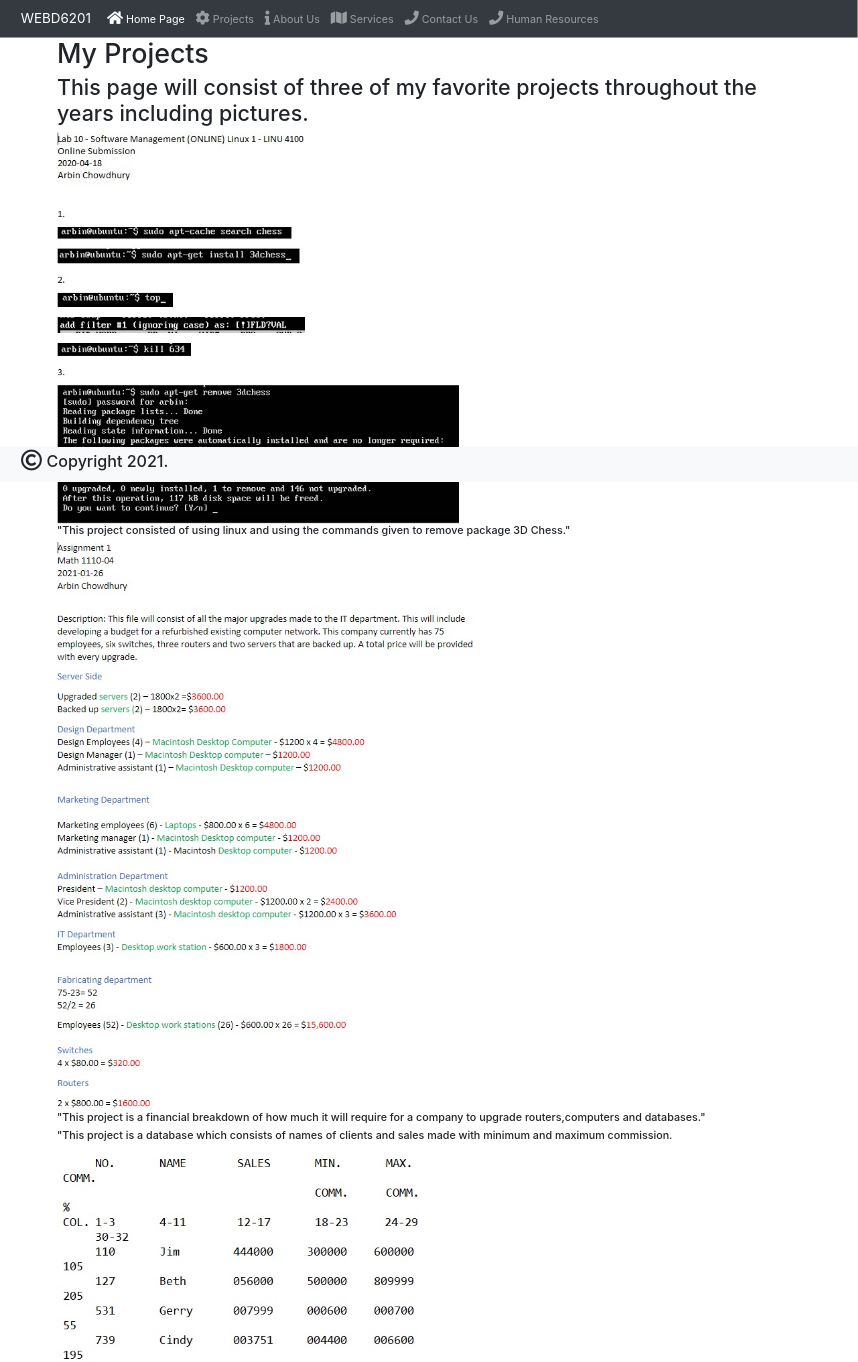
Repository: arbin6ix/ICE-2
Page: projects.html
These files come from the project's save history. The page is drawn as it stood at one moment and after the next save; the edit follows.
The browser window is 1280 px wide. The pictures show the whole page, at 67% of full size.

Above is the page before, as saved 2021-02-05 22:35:54.

### projects.html
<!DOCTYPE html>
<html lang="en">
<head>
    <meta charset="UTF-8">
    <meta name="viewport" content="width=device-width, initial-scale=1.0">
    <title>Projects</title>
    <!-- CSS Section -->
    <link rel="stylesheet" href="./node_modules/bootstrap/dist/css/bootstrap.min.css">
    <link rel="stylesheet" href="./node_modules/@fortawesome/fontawesome-free/css/all.min.css">
    <link rel="stylesheet" href="./Content/app.css">
</head>
<body>
    <!-- Main Header -->
    <header>
        <!-- Main Navigation -->
        <nav class="navbar navbar-expand-lg navbar-dark bg-dark">
          <div class="container-fluid">
            <a class="navbar-brand" href="projects.html">WEBD6201</a>
            <button class="navbar-toggler" type="button" data-bs-toggle="collapse" data-bs-target="#navbarSupportedContent" aria-controls="navbarSupportedContent" aria-expanded="false" aria-label="Toggle navigation">
              <span class="navbar-toggler-icon"></span>
            </button>
            <div class="collapse navbar-collapse" id="navbarSupportedContent";>
              <ul class="navbar-nav me-auto mb-2 mb-lg-0">
                <li class="nav-item">
                  <a class="nav-link active" aria-current="page" href="index.html"><i class="fas fa-home fa-lg"></i> Home Page</a>
                </li>

                <li class="nav-item">
                  <a class="nav-link" aria-current="page" href="projects.html"><i class="fas fa-cog fa-lg"></i> Projects</a>
                </li>

                <li class="nav-item">
                  <a class="nav-link" aria-current="page" href="about.html"><i class="fas fa-info fa-lg"></i> About Us</a>
                </li>

                <li class="nav-item">
                  <a class="nav-link" aria-current="page" href="services.html"><i class="fas fa-map fa-lg"></i> Services</a>
                </li>

                <li class="nav-item">
                  <a class="nav-link" aria-current="page" href="contact.html"><i class="fas fa-phone fa-lg"></i> Contact Us</a>
                </li>

                <li class="nav-item">
                  <a class="nav-link" aria-current="page" href="human-resources.html"><i class="fas fa-phone fa-lg"></i> Human Resources</a>
                </li>
              </ul>
            </div>
          </div>
        </nav>
  </header>

    <!-- Main Content -->
    <main class="container">
        <h1>My Projects</h1>
        <h2>This page will consist of three of my favorite projects throughout the years including pictures.</h2>

        <img src="images/project1.jpg">
        <h6>"This project consisted of using linux and using the commands given to remove package 3D Chess."</h6>

        <img src="images/Project2.jpg">
        <h6>"This project is a financial breakdown of how much it will require for a company to upgrade routers,computers and databases."</h6>
        <h6>"This project is a database which consists of names of clients and sales made with minimum and maximum commission.</h6>
        <img src="images/Project3.jpg">

    </main>






    <!-- Main Footer -->
    <footer>
        <nav class="navbar fixed-bottom navbar-light bg-light">
            <div class="container-fluid">
              <h4><i class="far fa-copyright fa-lg"></i> Copyright 2021.</h4>
            </div>
          </nav>
    </footer>

    <!-- Script Section-->
    <script src="./node_modules/jquery/dist/jquery.min.js"></script>
    <script src="./node_modules/bootstrap/dist/js/bootstrap.bundle.min.js"></script>
    <script src="./Scripts/app.js"></script>
</body>
</html>

### Scripts/app.js
/* custom JavaScript goes here */

//IIFE - Immediately Invoked Function Expression
//AKA - Anonymous Self-Executing Function
//Closure - limits scope leak

"use strict";
//Contact Class


(function()
{
    function displayHome()
    {
        let paragraphOneText =
          "This is a simple site to demonstrate DOM Manipulation for ICE 2";

        let paragraphOneElement = document.getElementById("paragraphOne");

        paragraphOneElement.textContent = paragraphOneText;
        paragraphOneElement.className = "fs-5";

        // Step 1. document.createElement
        let newParagraph = document.createElement("p");
        // Step 2. configure the element
        newParagraph.setAttribute("id", "paragraphTwo");
        newParagraph.textContent = "...And this is paragraph two";
        // Step 3. select the parent element
        let mainContent = document.getElementsByTagName("main")[0];
        // Step 4. Add / Insert the element
        mainContent.appendChild(newParagraph);

        newParagraph.className = "fs-6";

        // another way of injecting content
        let paragraphDiv = document.createElement("div");
        let paragraphThree = `<p id="paragraphThree" class="fs-7 fw-bold">And this is the Third Paragraph</p>`;
        paragraphDiv.innerHTML = paragraphThree;

        // insertions

        // example of inserting before a node
        //newParagraph.before(paragraphDiv);

        // example of inserting after a node
        newParagraph.after(paragraphDiv);

        // deletions

        // example of removing a single element
        //paragraphOneElement.remove();

        // example of removeChild
        mainContent.removeChild(paragraphOneElement);

        // update / modification
        //mainContent.firstElementChild.textContent = "Welcome Home!";

        mainContent.innerHTML = `<h1 id="firstHeading">Welcome to WEBD6201 - Lab 1</h1>
         <p id="paragraphOne" class="fs-3 fw-bold">This is my first Paragraph</p>
        `;

    }

    function displayAbout()
    {

    }

    function displayProjects()
    {

    }

    function displayServices()
    {

    }

    function displayContact()
    {
        let messageArea = document.getElementById("messageArea");
        messageArea.hidden = true;

        // form validation
        let fullName = document.getElementById("fullName");
        fullName.addEventListener("blur", function() {
            if(fullName.value.length < 2)
            {
                fullName.focus();
                fullName.select();
                messageArea.hidden = false;
                messageArea.className = "alert alert-danger";
                messageArea.textContent = "Please enter an appropriate Name";
            }
            else
            {
                messageArea.removeAttribute("class");
                messageArea.hidden = true;
            }
        });

        let sendButton = document.getElementById("sendButton");
        sendButton.addEventListener("click", function(event){
            //event.preventDefault();


            let contact = new Contact(fullName.value, contactNumber.value, emailAddress.value);
              localStorage.setItem((localStorage.length + 1).toString(), contact.serialize());







        });
    }

    function displayContactList()
    {
      if (localStorage.length > 0)
      {
        let contactList = document.getElementById("contactList");

        let data = "";

        for (let index = 0; index < localStorage.length; index++)
        {
          let contactData = localStorage.getItem((index + 1).toString());

          let contact = new Contact();
          contact.deserialize(contactData);

          data += `<tr>
          <th scope="row">${index + 1}</th>
          <td>${contact.FullName}</td>
          <td>${contact.ContactNumber}</td>
          <td>${contact.EmailAddress}</td>
        </tr>`;
        }

        contactList.innerHTML = data;
      }
    }



    function Start()
    {
        console.log("App Started...");

        switch (document.title)
        {
          case "Home":
              displayHome();
            break;
          case "About":
              displayAbout();
            break;
          case "Projects":
              displayProjects();
            break;
          case "Services":
              displayServices();
            break;
          case "Contact":
              displayContact();
            break;
          case "Contact-List":
            displayContactList();
          break;
        }

    }

    window.addEventListener("load", Start);

})();

Loaded but not shown: node_modules/bootstrap/dist/css/bootstrap.min.css (library); node_modules/@fortawesome/fontawesome-free/css/all.min.css (library); Content/app.css (common file); node_modules/jquery/dist/jquery.min.js (library); node_modules/bootstrap/dist/js/bootstrap.bundle.min.js (library)

After the next save:
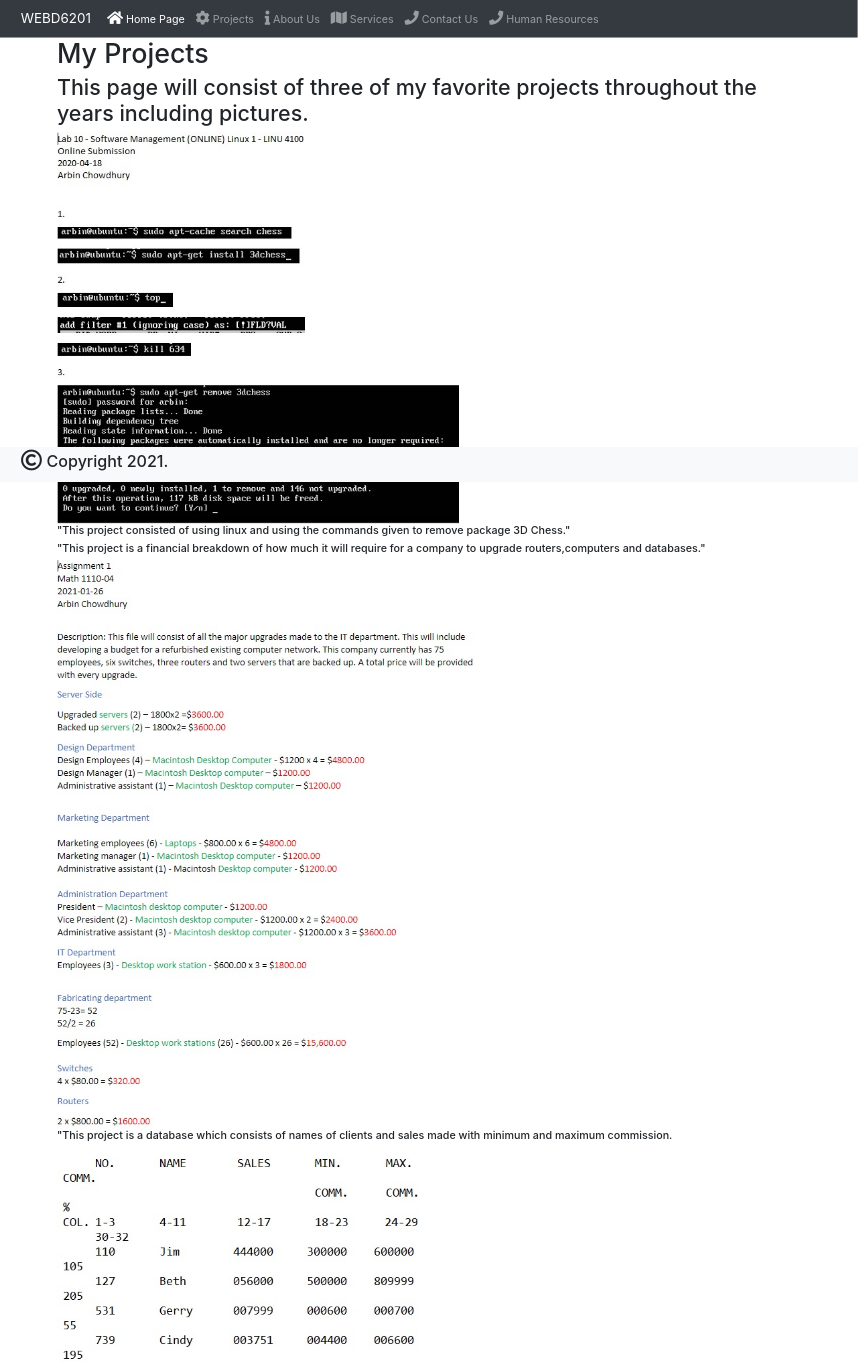
Saved 33 s later.
--- a/projects.html
+++ b/projects.html
@@ -58,8 +58,9 @@
         <img src="images/project1.jpg">
         <h6>"This project consisted of using linux and using the commands given to remove package 3D Chess."</h6>
 
+        <h6>"This project is a financial breakdown of how much it will require for a company to upgrade routers,computers and databases."</h6>
         <img src="images/Project2.jpg">
-        <h6>"This project is a financial breakdown of how much it will require for a company to upgrade routers,computers and databases."</h6>
+
         <h6>"This project is a database which consists of names of clients and sales made with minimum and maximum commission.</h6>
         <img src="images/Project3.jpg">
 
